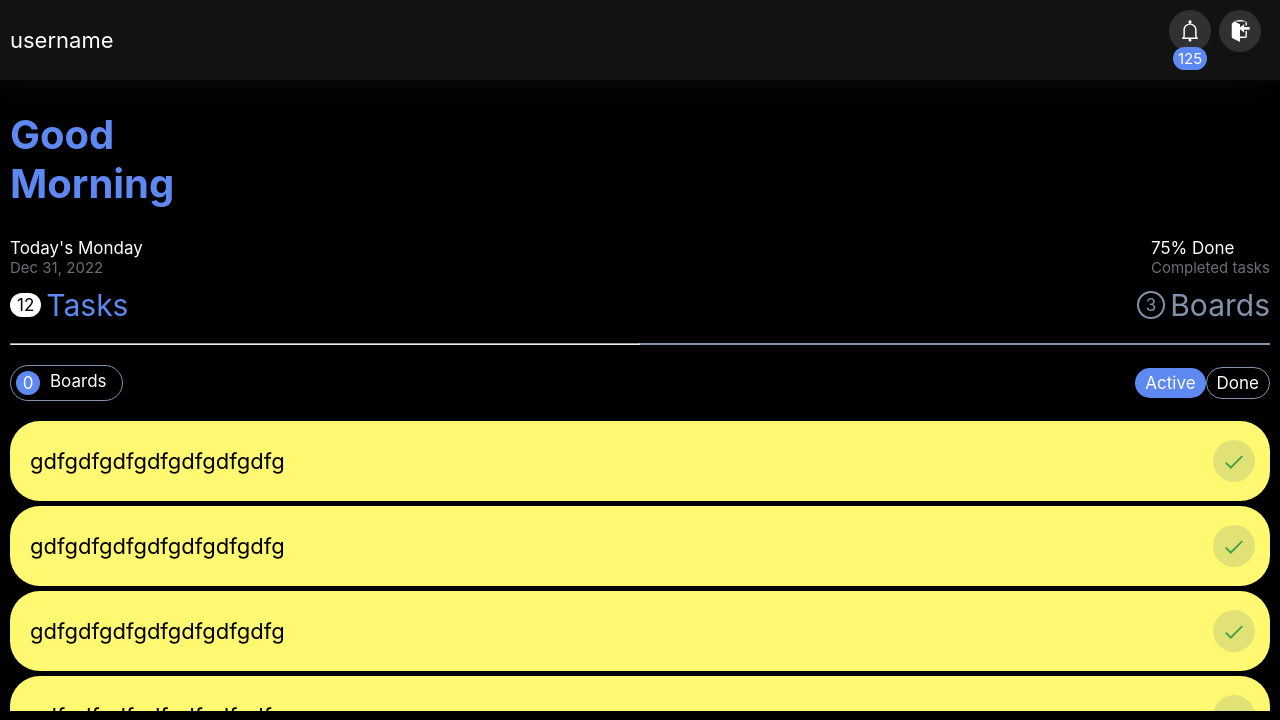
Repository: ShindanoSingi/todo-app
Page: /
The author's editor kept a copy of each file at every save. The page is drawn from the files as they stood at one save, then again after the next save.
The browser window is 1280 px wide. The pictures show the whole page.
The project was rebuilt for these pictures with package versions that can differ from the ones it lists, and the page was loaded fresh each time. Also part of the build but not shown: src/pages/LandingPage.js.

Above is the page before, as saved 2023-01-01 19:29:24.

After the next save:
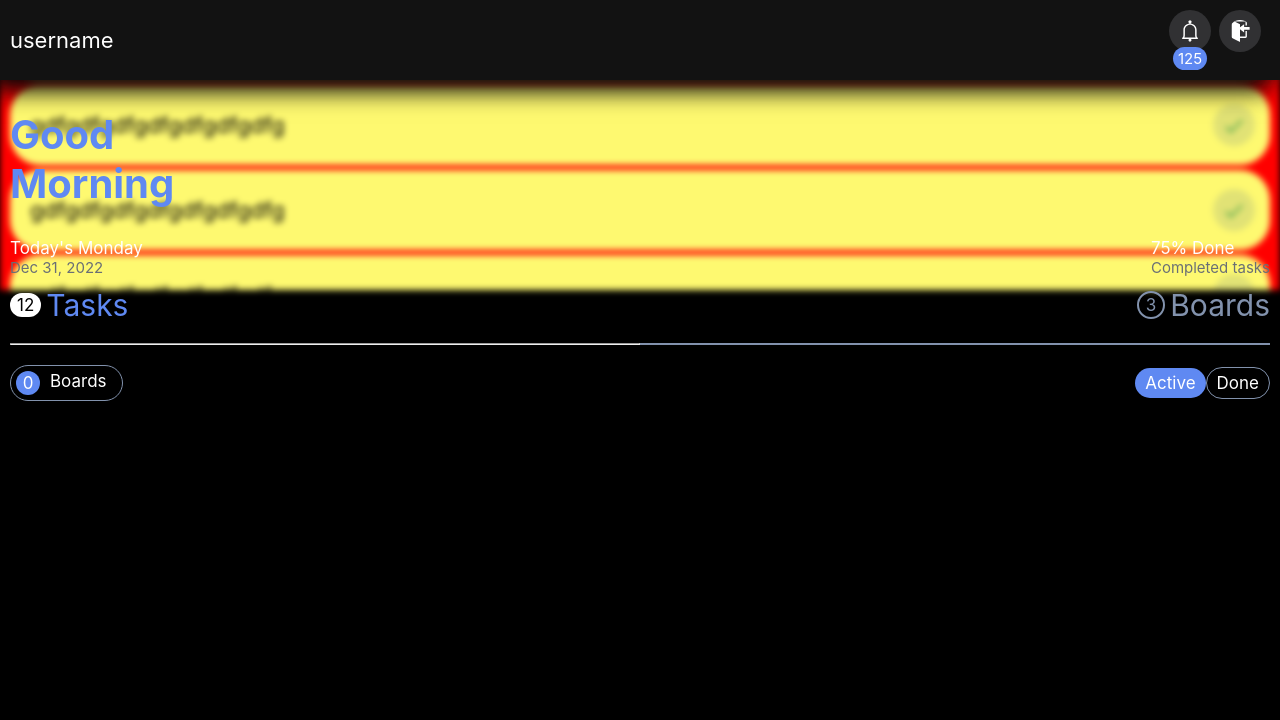
Saved 4 min 57 s later.
--- a/src/index.css
+++ b/src/index.css
@@ -259,6 +259,14 @@ h2 {
   gap: 5px;
   max-height: 290px;
   overflow-y: scroll;
+  position: absolute;
+  top: 0;
+  left: 0;
+  right: 0;
+  bottom: 0;
+  background-color: red;
+  filter: blur(3px);
+  z-index: -1;
 }
 
 .main {
